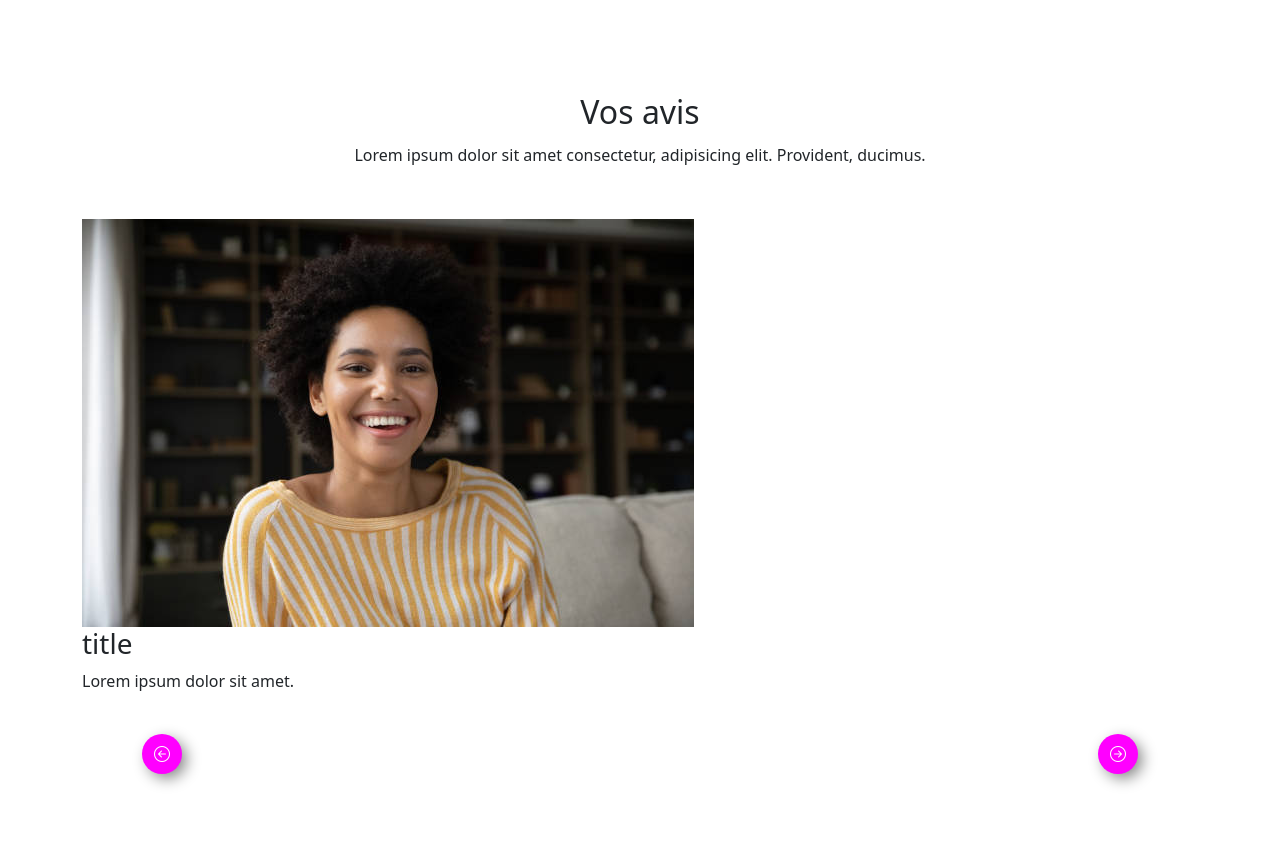
Repository: haifabilel/shop
Page: http://localhost/templates/avis_clients.php
An editor plug-in stored every save of this project. The page is shown before and after the next save, followed by the edit.
The browser window is 1280 px wide. The pictures show the whole page.
Some web libraries are served in a nearby version. The page is run by PHP 8.4 with error messages shown; the project is at /var/www/html/.

Above is the page before, as saved 2023-12-11 16:32:23.
Console error: ReferenceError: jQuery is not defined

After the next save:
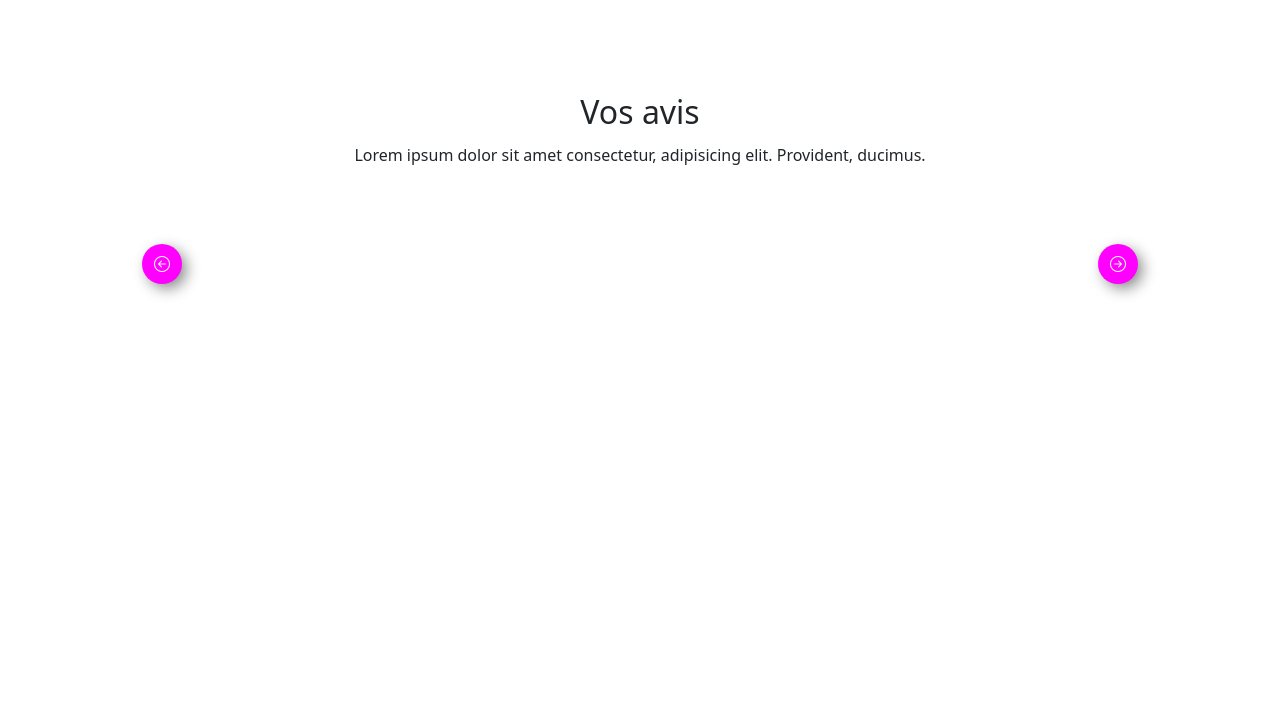
Saved 13 s later.
--- a/templates/avis_clients.php
+++ b/templates/avis_clients.php
@@ -8,7 +8,7 @@ require_once 'head.php';
             <p>Lorem ipsum dolor sit amet consectetur, adipisicing elit. Provident, ducimus.</p>
         </div>
             <div class="container">
-                <div class="testimonial-item-avtive">
+                <div class="testimonial-item avtive">
                     <img src="../uploads/images/img-2.jpg" alt="img_1">
                     <h3>title</h3>
                     <p>Lorem ipsum dolor sit amet.</p>
